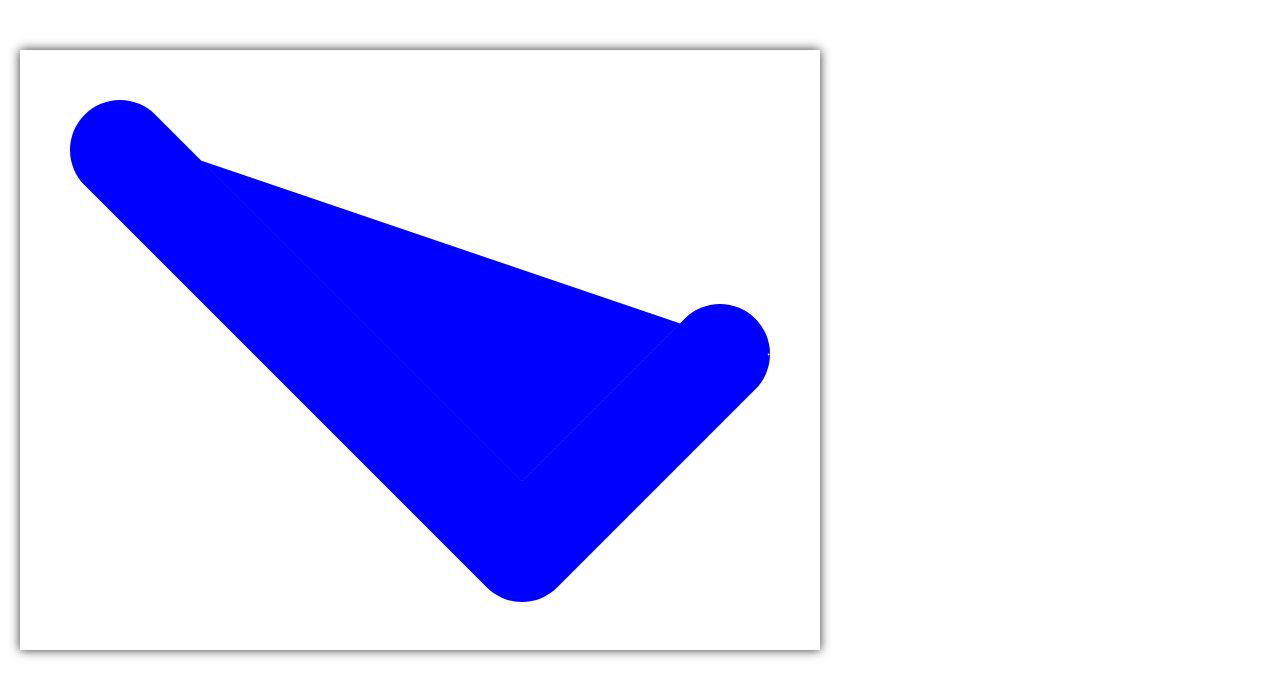
Repository: fangYiYuan/javascript-
Page: canvas/7.一个运动的圆.html
An editor plug-in stored every save of this project. The page is shown before and after the next save, followed by the edit.
The browser window is 1280 px wide. The pictures show the whole page.

Above is the page before, as saved 2020-04-14 14:49:51.

After the next save:
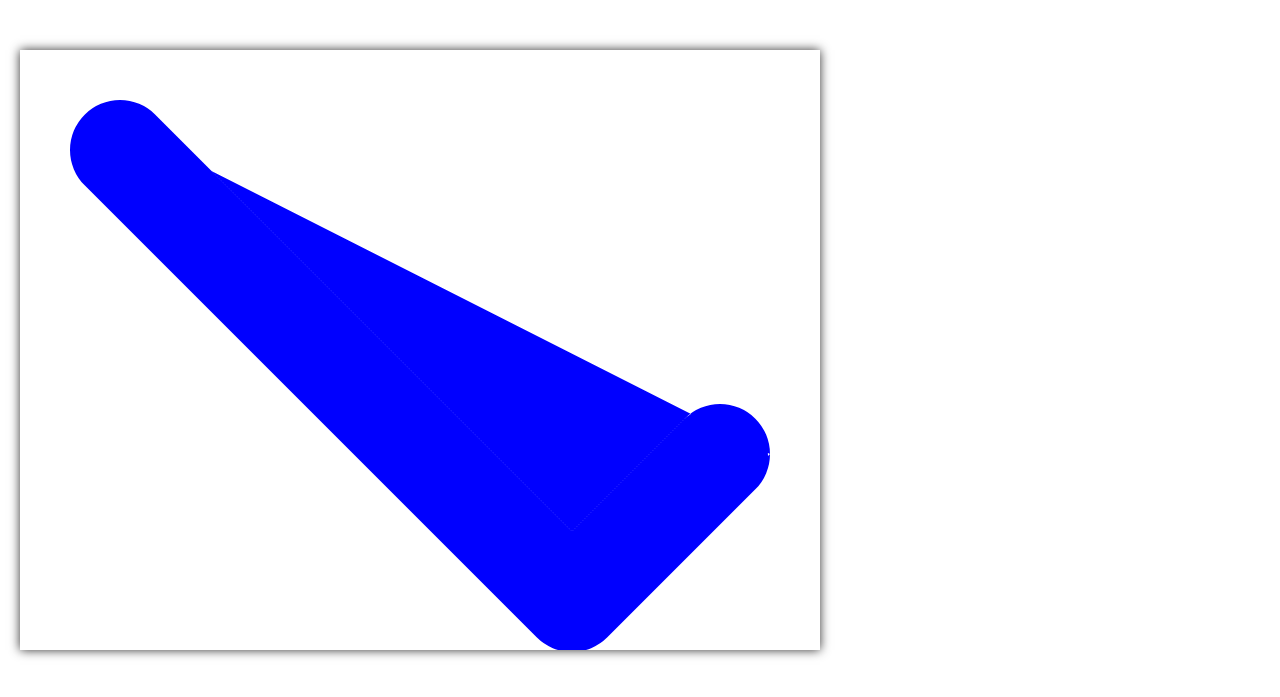
Saved 2 min 32 s later.
--- a/canvas/7.一个运动的圆.html
+++ b/canvas/7.一个运动的圆.html
@@ -34,15 +34,15 @@
     }
     this.move = function () {
       x += sX
-      if (x > draw.width - 2 * r) {
+      if (x > draw.width - r) {
         sX *= -1
-      } else if (x < 2 * r) {
+      } else if (x < r) {
         sX *= -1
       }
       y += sY
-      if (y > draw.height - 2 * r) {
+      if (y > draw.height - r) {
         sY *= -1
-      } else if (y < 2 * r) {
+      } else if (y < r) {
         sY *= -1
       }
     }
